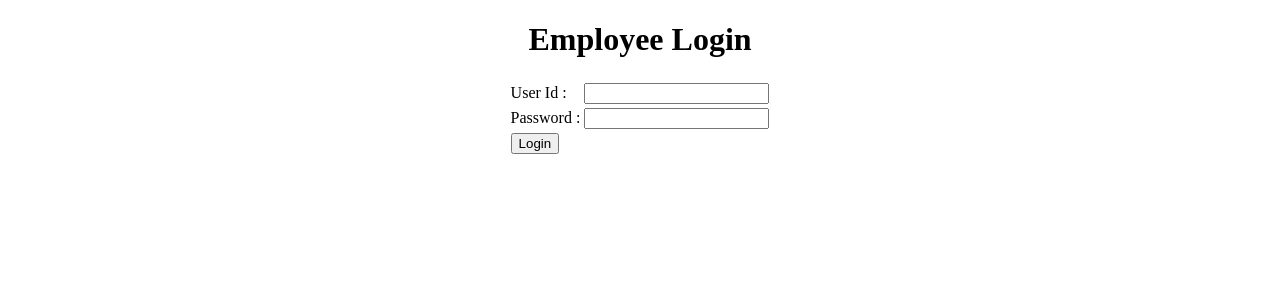
Repository: gajanansp07/Advance_Java_Practice
Page: http://localhost/JDBCCURD/login.jsp
These files come from the project's save history. The page is drawn as it stood at one moment and after the next save; the edit follows.
The browser window is 1280 px wide. The pictures show the whole page.
The page is served by Tomcat 9.

Above is the page before, as saved 2022-03-18 10:10:59.

### JDBCCURD/src/main/webapp/login.jsp
<%@ page language="java" contentType="text/html; charset=ISO-8859-1"
    pageEncoding="ISO-8859-1"%>
<!DOCTYPE html>
<html>
<head>
<meta charset="ISO-8859-1">
<title>Insert title here</title>
</head>
<body>
	<h1 id="jd_log_hdng" align="center">Employee Login</h1>
	<form action="ulogin.jsp" mthod="post">
	<table align="center">
		<tr>
			<td>User Id : </td>
			<td><input type="text" name="email"> </td>
		</tr>
		<tr>
			<td>Password : </td>
			<td><input type="text" name="pass"> </td>
		</tr>
		<tr> <td colspan=2> <input type="submit" value="Login" id="login"> </td> </tr>
	</table>
	</form>
</body>
</html>

After the next save:
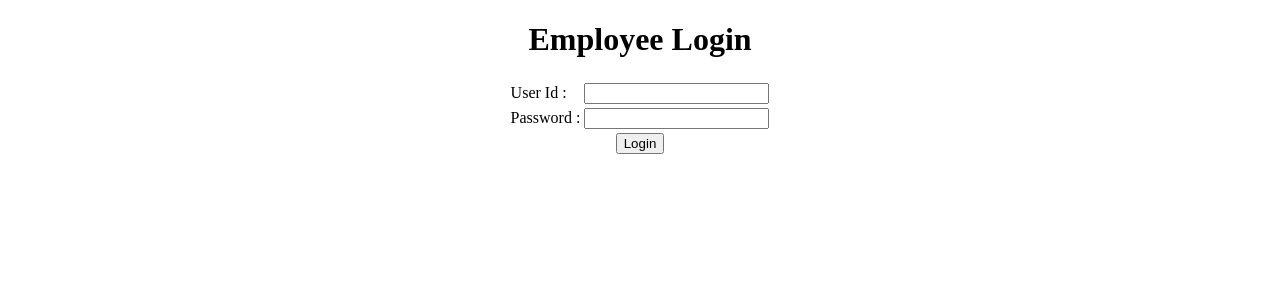
Saved 23 s later.
--- a/JDBCCURD/src/main/webapp/login.jsp
+++ b/JDBCCURD/src/main/webapp/login.jsp
@@ -18,7 +18,7 @@
 			<td>Password : </td>
 			<td><input type="text" name="pass"> </td>
 		</tr>
-		<tr> <td colspan=2> <input type="submit" value="Login" id="login"> </td> </tr>
+		<tr align="center"> <td colspan=2> <input type="submit" value="Login" id="login"> </td> </tr>
 	</table>
 	</form>
 </body>
